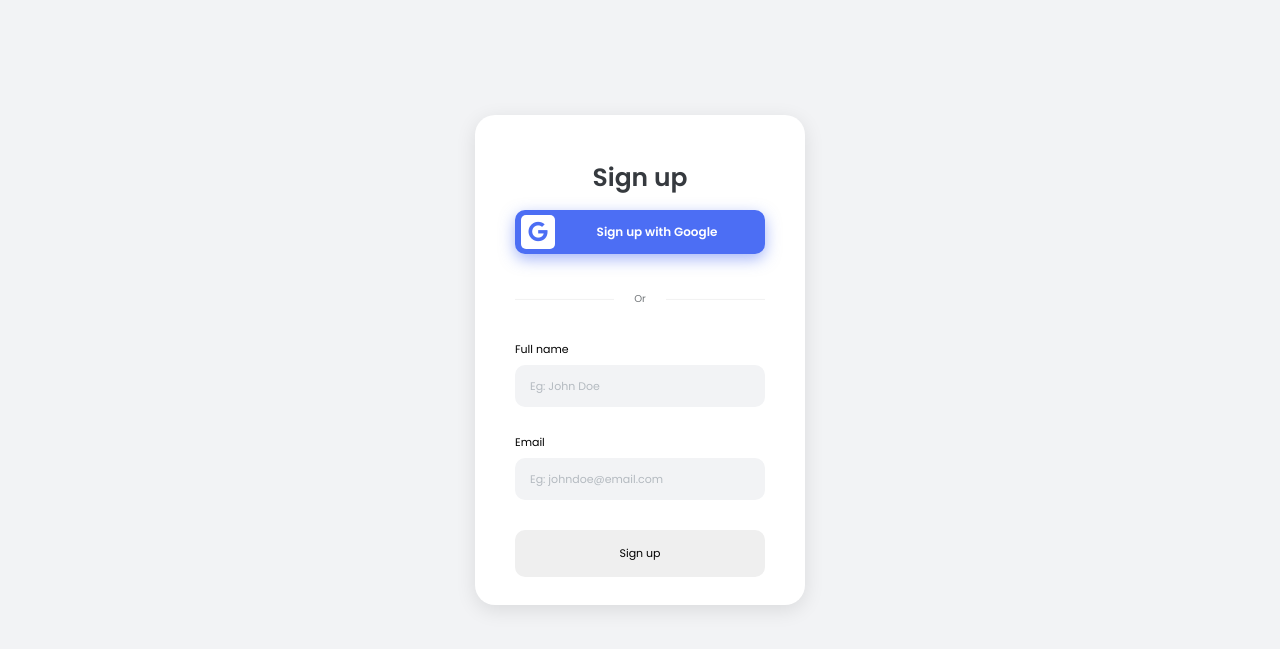
Repository: TranMinhMan040702/practice_html-css
Page: form-login/index.html
An editor plug-in stored every save of this project. The page is shown before and after the next save, followed by the edit.
The browser window is 1280 px wide. The pictures show the whole page.
Some web libraries are served in a nearby version.

Above is the page before, as saved 2022-08-24 13:41:57.

After the next save:
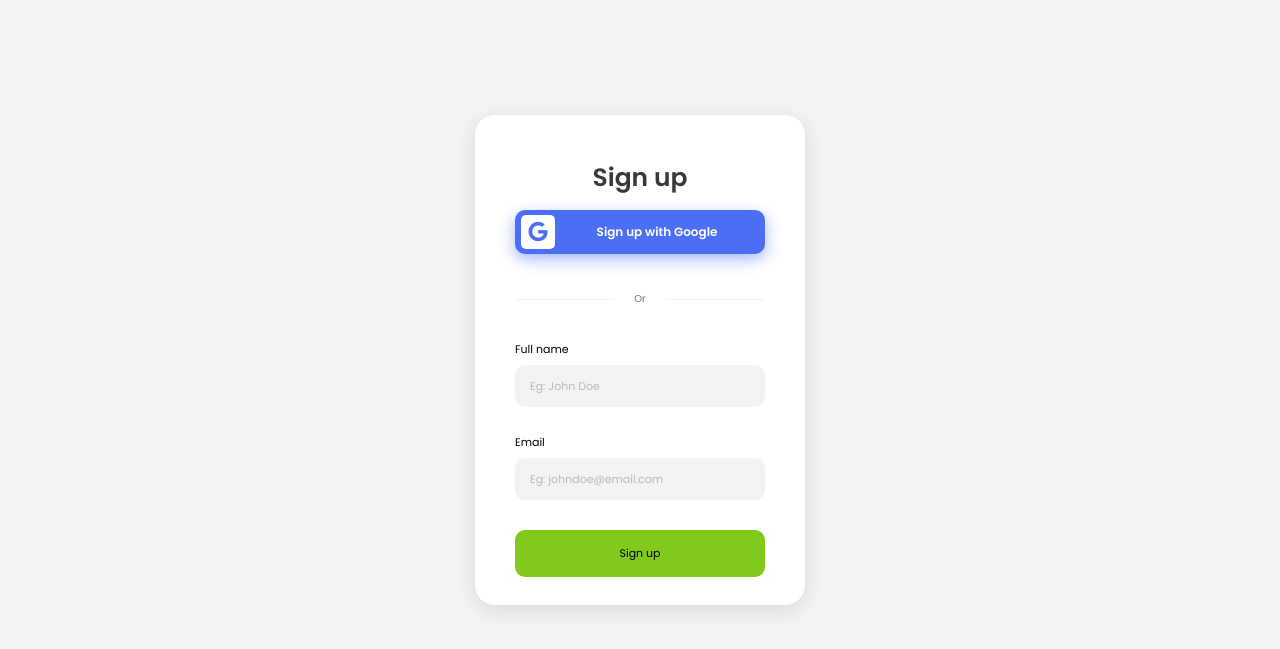
Saved 35 s later.
--- a/form-login/main.css
+++ b/form-login/main.css
@@ -129,4 +129,5 @@ body {
     font-size: 1.1rem;
     border: none;
     border-radius: 10px;
+    background-color: #81c91d;
 }
